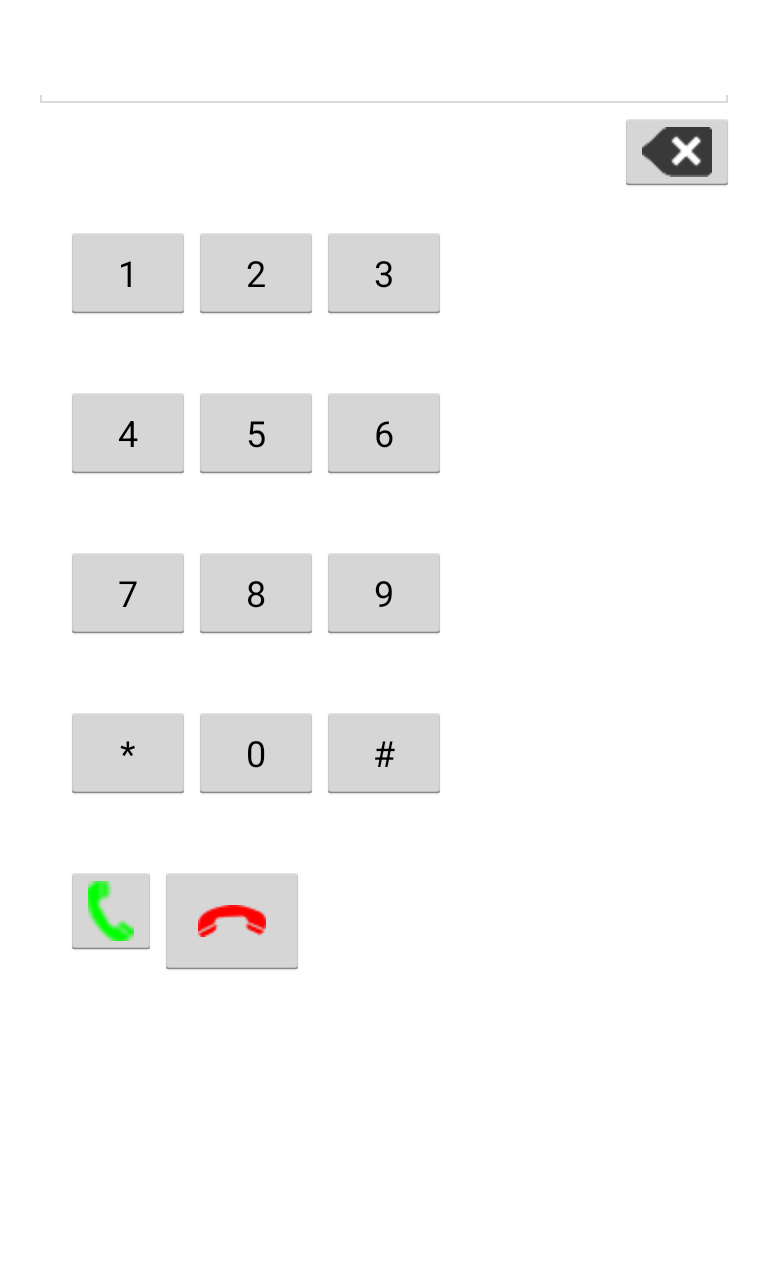
Repository: andreeastoican/Laborator03
Layout: PhoneDialer/res/layout/activity_phone_dialer.xml
An editor plug-in stored every save of this project. The layout is shown before and after the next save, followed by the edit.
It is drawn on a 768 x 1280 px phone screen (xhdpi) without system bars, with theme AppTheme; the app's code is not run.

Above is the layout before, as saved 2015-03-10 09:44:09.

After the next save:
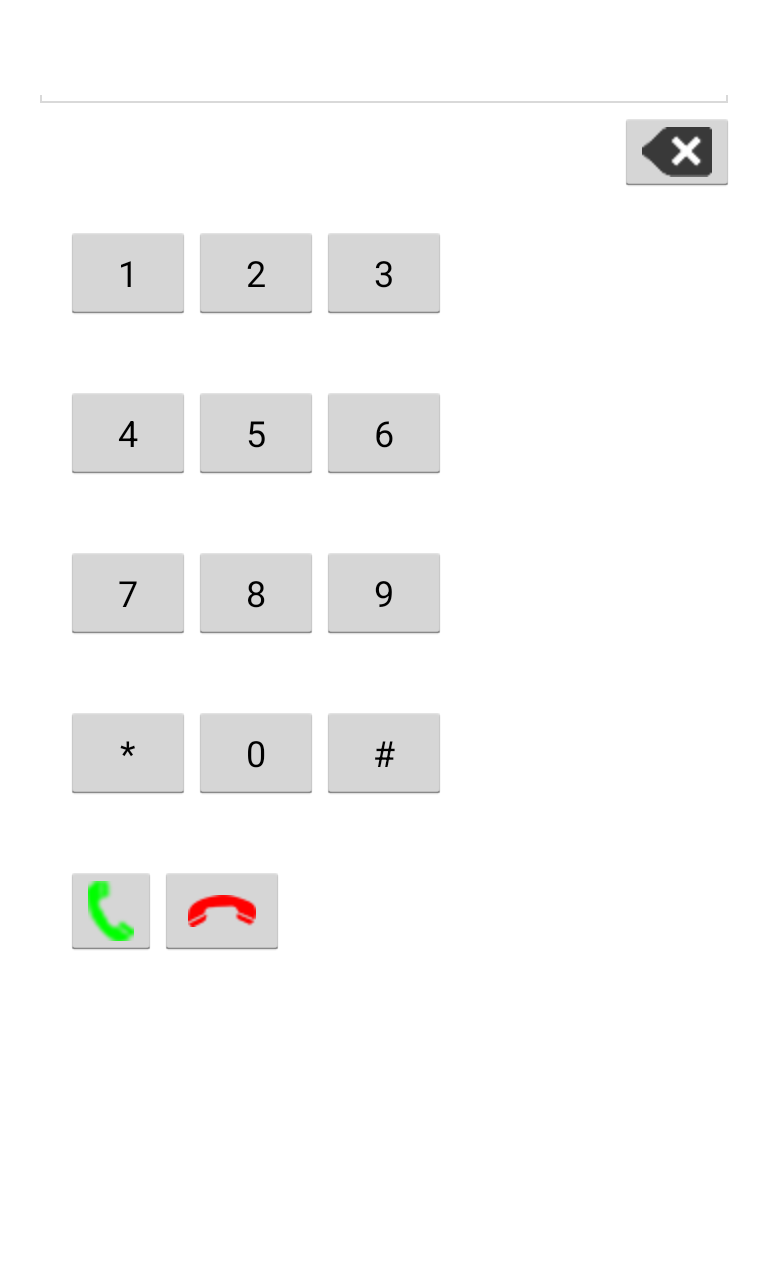
Saved 15 s later.
--- a/PhoneDialer/res/layout/activity_phone_dialer.xml
+++ b/PhoneDialer/res/layout/activity_phone_dialer.xml
@@ -177,7 +177,7 @@
 	        android:layout_height="wrap_content"
 	        android:text="#"
 	        android:layout_toRightOf="@id/img_on"
-	        android:padding="20dp"
+	        android:padding="15dp"
 	        android:src="@drawable/hangup"
 		    />
 	</RelativeLayout>"
